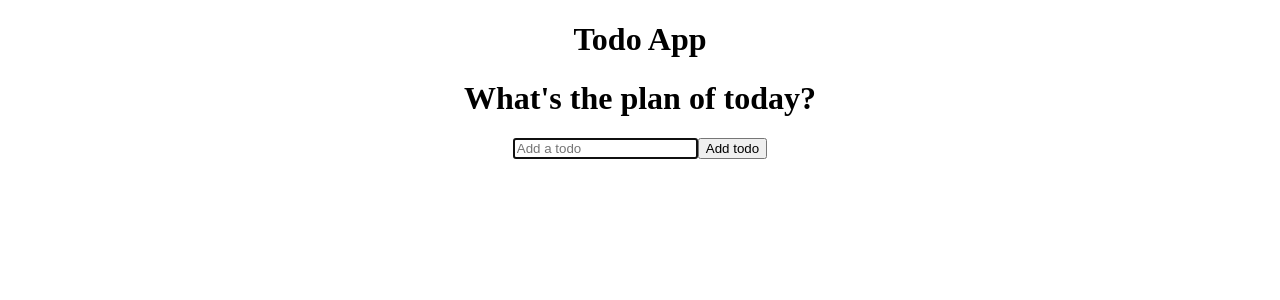
Repository: qqharry21/react-todo-app-v1
Page: /
An editor plug-in stored every save of this project. The page is shown before and after the next save, followed by the edit.
The browser window is 1280 px wide. The pictures show the whole page.
The project was rebuilt for these pictures with package versions that can differ from the ones it lists, and the page was loaded fresh each time. Also part of the build but not shown: src/components/Todo.js.

Above is the page before, as saved 2021-12-25 14:53:16.

### src/index.js
/** @format */

import React from 'react';
import ReactDOM from 'react-dom';

import App from './App';

ReactDOM.render(
  <React.StrictMode>
    <App />
  </React.StrictMode>,
  document.getElementById('root')
);

### src/App.js
/** @format */

import './App.css';
import TodoList from './components/TodoList';

function App() {
  return (
    <div className='App'>
      <h1>Todo App</h1>
      <TodoList />
    </div>
  );
}

export default App;

### src/components/TodoList.js
/** @format */

import React, { useState } from 'react';
import TodoForm from './TodoForm';
import Todo from './Todo';
function TodoList() {
  const [todos, setTodos] = useState([]);

  // 新增 todo
  const addTodo = todo => {
    if (!todo.text || /^\s$/.test(todo.text)) {
      return;
    }
    const newTodos = [todo, ...todos];

    setTodos(newTodos);
    // console.log('todos', todo, ...todos);
  };

  // 更改 todo 狀態
  const completeTodo = id => {
    let updateTodo = todos.map(todo => {
      if (todo.id === id) {
        todo.isComplete = !todo.isComplete;
      }
      return todo;
    });
    setTodos(updateTodo);
  };

  // 移除 todo
  const removeTodo = id => {
    let removeArray = todos.filter(todo => todo.id !== id);
    setTodos(removeArray);
  };

  // 編輯 todo
  const editTodo = (id, newValue) => {
    if (!newValue || /^\s$/.test(newValue)) {
      return;
    }
    setTodos(prevState => prevState.map(todo => (todo.id === id ? newValue : todo.text)));
  };

  return (
    <div>
      <h1>What's the plan of today?</h1>
      <TodoForm onSubmit={addTodo} />
      <Todo todos={todos} completeTodo={completeTodo} removeTodo={removeTodo} editTodo={editTodo} />
    </div>
  );
}

export default TodoList;

### src/components/TodoForm.js
/** @format */

import React, { useState, useEffect, useRef } from 'react';

function TodoForm({ onSubmit, edit }) {
  const [input, setInput] = useState(edit ? edit.value : '');

  const inputRef = useRef(null);

  useEffect(() => {
    inputRef.current.focus();
  }, []);

  const handleInput = e => {
    setInput(e.target.value);
  };

  const handleSubmit = e => {
    e.preventDefault();
    onSubmit({ id: Math.floor(Math.random() * 100), text: input, isComplete: false });
    setInput('');
  };

  return (
    <form action='' className='todo-form' onSubmit={handleSubmit}>
      <input
        type='text'
        className='todo-input'
        placeholder='Add a todo'
        name='text'
        value={input}
        onChange={handleInput}
        ref={inputRef}
      />
      <button className='todo-button'>Add todo</button>
    </form>
  );
}

export default TodoForm;

Loaded but not shown: public/index.html (common file); src/App.css (common file)

After the next save:
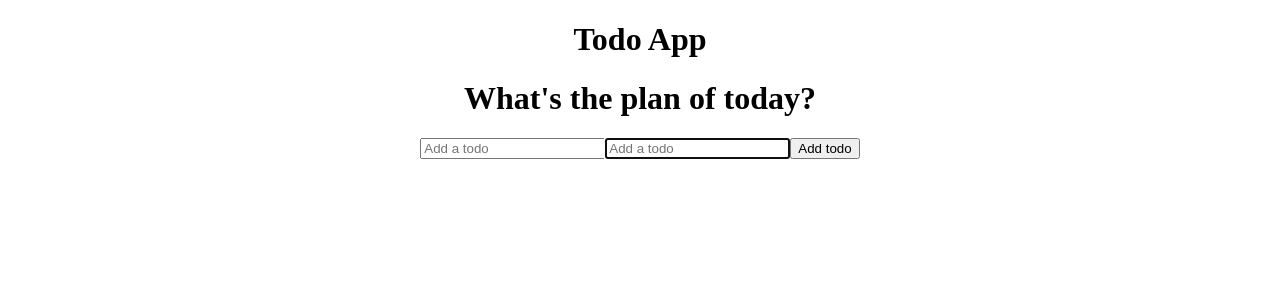
Saved 31 s later.
--- a/src/components/TodoForm.js
+++ b/src/components/TodoForm.js
@@ -32,6 +32,15 @@ function TodoForm({ onSubmit, edit }) {
         onChange={handleInput}
         ref={inputRef}
       />
+      <input
+        type='text'
+        className='todo-input'
+        placeholder='Add a todo'
+        name='text'
+        value={input}
+        onChange={handleInput}
+        ref={inputRef}
+      />
       <button className='todo-button'>Add todo</button>
     </form>
   );
